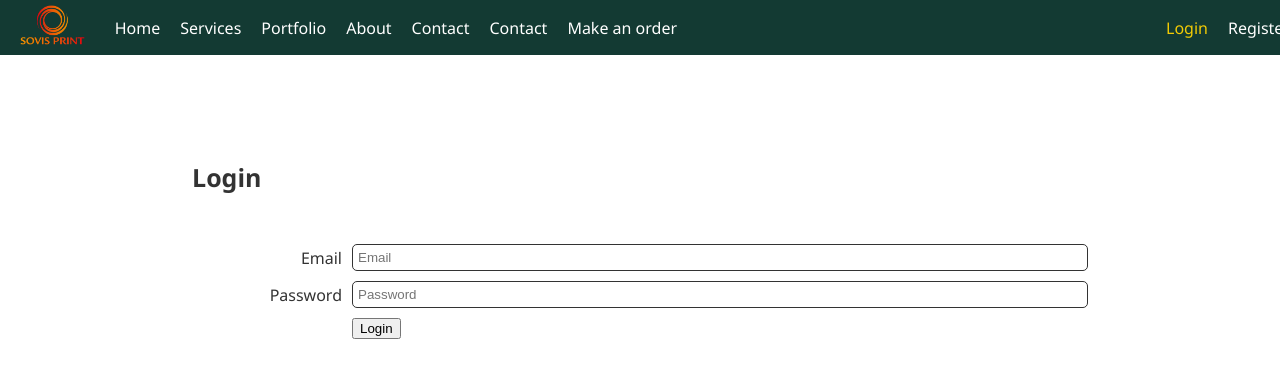
Repository: danichimescu/temafinalareact
Page: /comanda (app in my-app/)
The author's editor kept a copy of each file at every save. The page is drawn from the files as they stood at one save, then again after the next save.
The browser window is 1280 px wide. The pictures show the whole page.
The project was rebuilt for these pictures with package versions that can differ from the ones it lists, and the page was loaded fresh each time. Also part of the build but not shown: my-app/vite.config.js, my-app/src/features/Comanda/Comanda.module.css, my-app/src/features/Comanda/Comanda.jsx, my-app/src/features/Mainpage/mainpage.jsx, my-app/src/features/Auth/Register.jsx.

Above is the page before, as saved 2026-01-22 23:11:49.

After the next save:
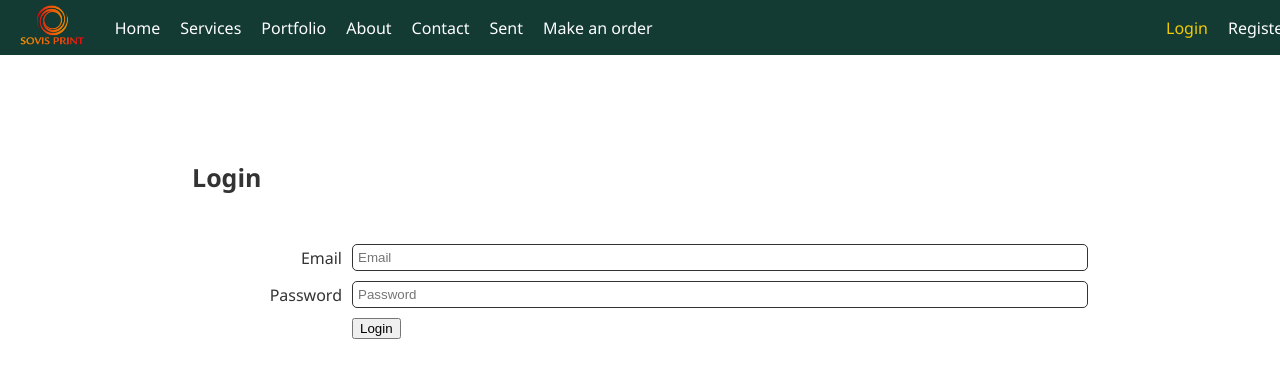
Saved 19 s later.
--- a/my-app/src/components/Nav/Nav.jsx
+++ b/my-app/src/components/Nav/Nav.jsx
@@ -47,8 +47,8 @@ export function Nav() {
           </HashLink>
         </li>
                 <li>
-          <HashLink to="/#contact" smooth className={styles.navLink}>
-            Contact
+          <HashLink to="/#sendamessage" smooth className={styles.navLink}>
+            Sent
           </HashLink>
         </li>
 
